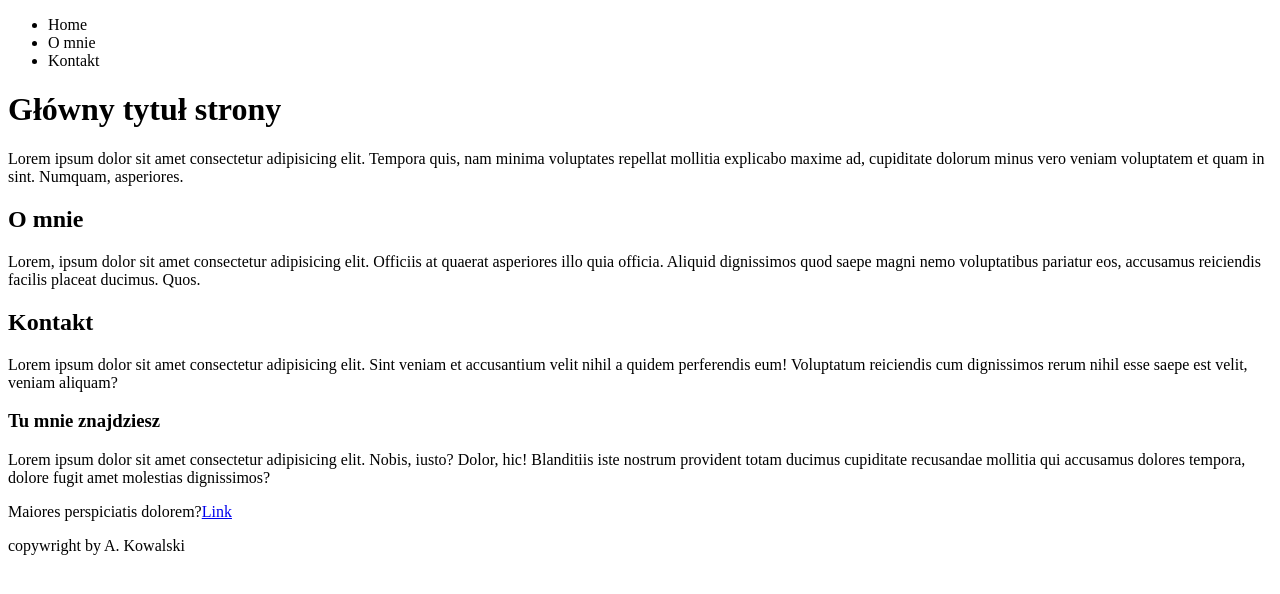
Repository: magdaf41/magdaf41.github.io
Page: zadania-domowe/HTML/zadanie_2/index.html
The author's editor kept a copy of each file at every save. The page is drawn from the files as they stood at one save, then again after the next save.
The browser window is 1280 px wide. The pictures show the whole page.

Above is the page before, as saved 2020-08-13 11:24:23.

After the next save:
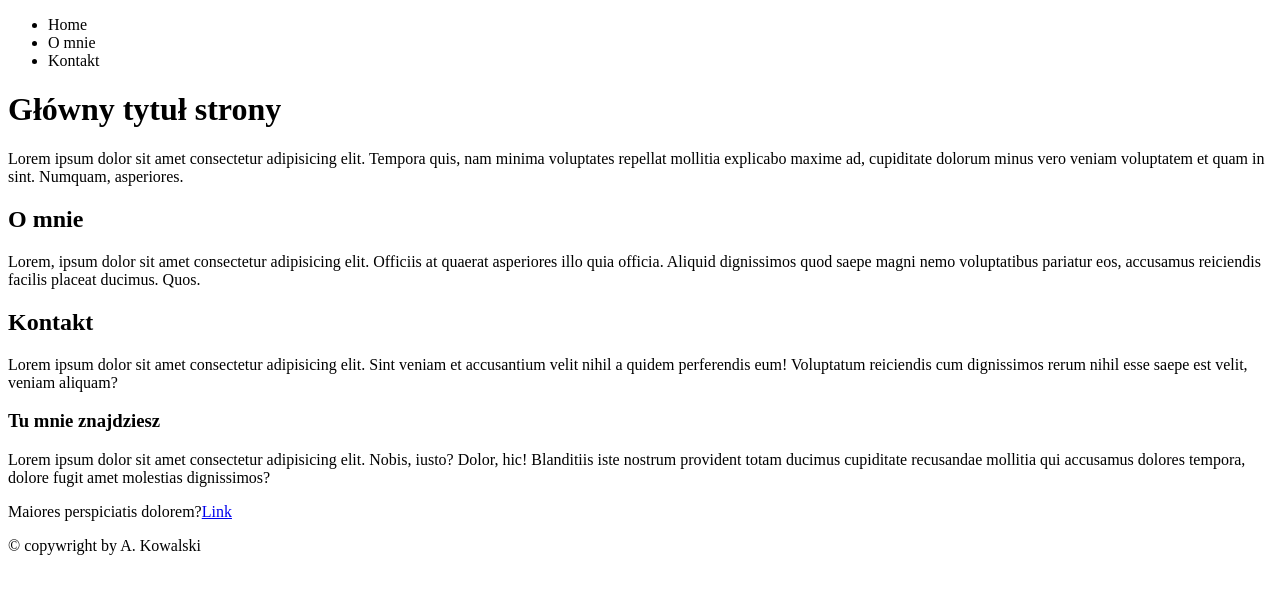
Saved 70 s later.
--- a/zadania-domowe/HTML/zadanie_2/index.html
+++ b/zadania-domowe/HTML/zadanie_2/index.html
@@ -47,9 +47,8 @@
         <p class="place-content">Maiores perspiciatis dolorem?<a href="Link">Link</a></p>
     </section>
 
-    <footer>
-        <p id="footer">copywright by A. Kowalski</p>
-    </footer>
+    <footer>&copy; copywright by A. Kowalski</footer>
+
 </body>
 
 </html>
